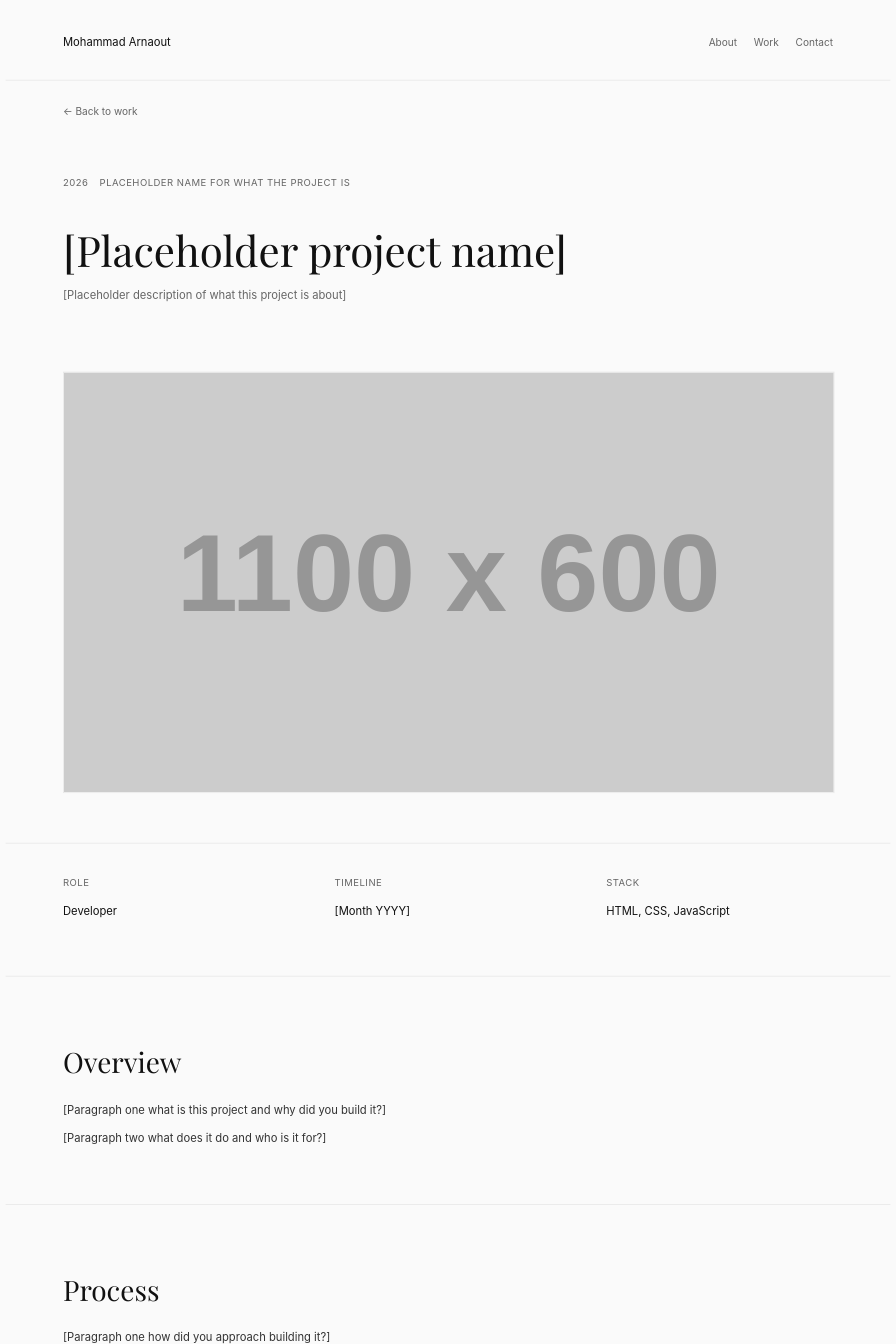
Repository: Moh-Arna/Moh-Arna
Page: project-detail-p1.html
An editor plug-in stored every save of this project. The page is shown before and after the next save, followed by the edit.
The browser window is 1280 px wide. The pictures show the part of the page from y = 0 to 1920 px (the page is 4120 px tall before and 4154 px after), at 70% of full size.
Some web fonts or font styles are not loaded; a fallback is used.

Above is the page before, as saved 2026-05-15 21:01:03.

After the next save:
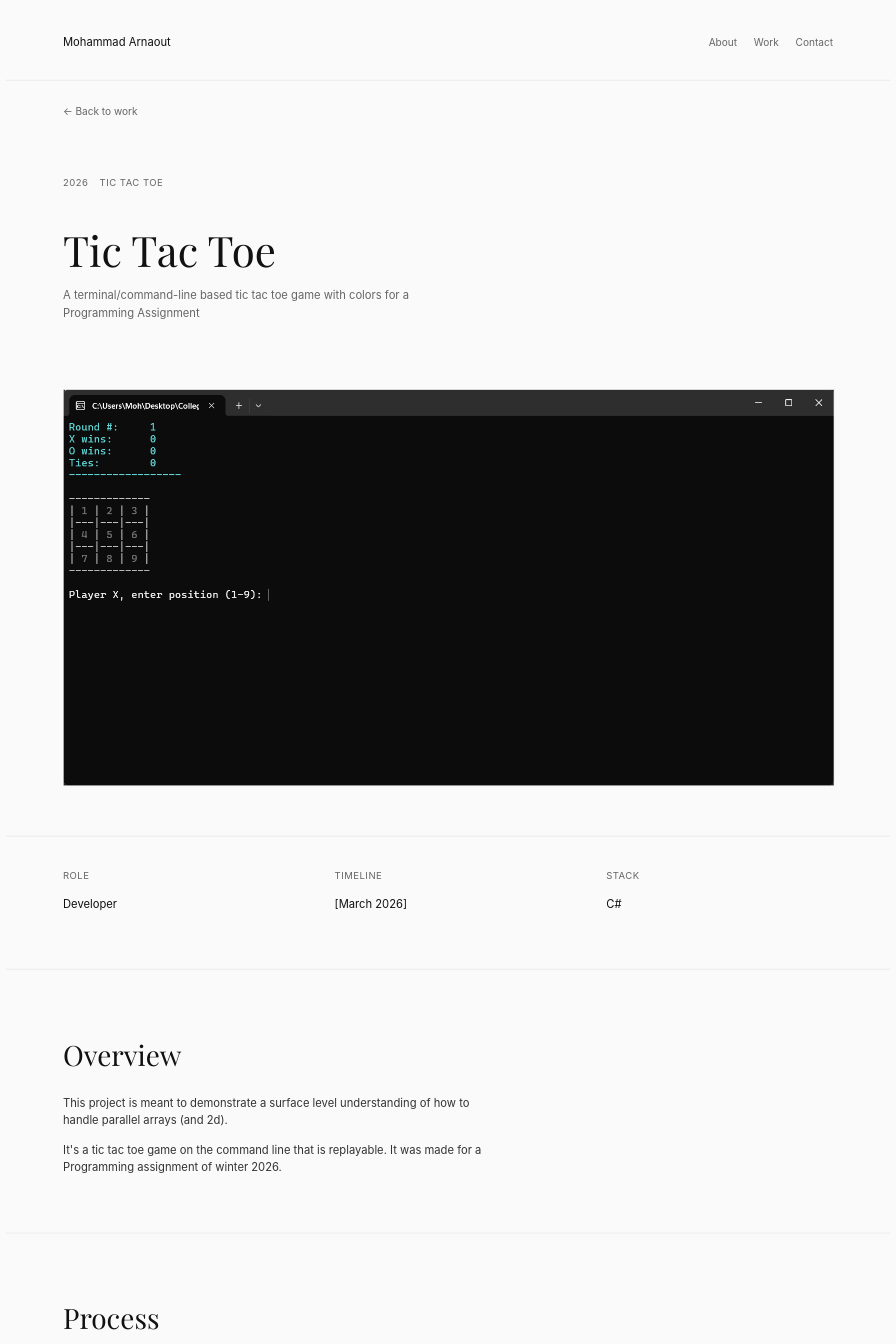
Saved 73 min 40 s later.
--- a/project-detail-p1.html
+++ b/project-detail-p1.html
@@ -4,7 +4,7 @@
 <head>
   <meta charset="UTF-8">
   <meta name="viewport" content="width=device-width, initial-scale=1.0">
-  <title>[Placeholder Project] — Mohammad Arnaout</title>
+  <title>Tic Tac Toe — Mohammad Arnaout</title>
 
   <link rel="stylesheet" href="/styles/globals.css">
   <link rel="stylesheet" href="/styles/project-details.css">
@@ -54,17 +54,17 @@
       <div class="container">
         <div class="project-meta">
           <span>2026</span>
-          <span>Placeholder name for what the project is</span>
+          <span>Tic Tac Toe</span>
         </div>
-        <h1>[Placeholder project name]</h1>
-        <p class="tagline">[Placeholder description of what this project is about]</p>
+        <h1>Tic Tac  Toe</h1>
+        <p class="tagline">A terminal/command-line based tic tac toe game with colors for a Programming Assignment</p>
       </div>
     </section>
 
     <!-- Cover image -->
     <section class="cover">
       <div class="container">
-        <img src="https://placehold.co/1100x600" alt="[Placeholder project name] preview">
+        <img src="./assets/images/p1-img1.png" alt="Tic Tac Toe preview">
       </div>
     </section>
 
@@ -77,11 +77,11 @@
         </div>
         <div>
           <p class="info-label">Timeline</p>
-          <p>[Month YYYY]</p>
+          <p>[March 2026]</p>
         </div>
         <div>
           <p class="info-label">Stack</p>
-          <p>HTML, CSS, JavaScript</p>
+          <p>C#</p>
         </div>
       </div>
     </section>
@@ -91,10 +91,10 @@
       <div class="container">
         <h2 class="section-title">Overview</h2>
         <p>
-          [Paragraph one what is this project and why did you build it?]
+          This project is meant to demonstrate a surface level understanding of how to handle parallel arrays (and 2d).
         </p>
         <p>
-          [Paragraph two what does it do and who is it for?]
+          It's a tic tac toe game on the command line that is replayable. It was made for a Programming assignment of winter 2026.
         </p>
       </div>
     </section>
@@ -104,10 +104,10 @@
       <div class="container">
         <h2 class="section-title">Process</h2>
         <p>
-          [Paragraph one how did you approach building it?]
+          I had to plan it out, with a flowchart and pseudocode.
         </p>
         <p>
-          [Paragraph two what challenges did you run into, and what did you learn?]
+          I ran into issues with how to color within the GUI as we did not learn that, so I had to do a little bit of research.
         </p>
       </div>
     </section>
@@ -117,7 +117,7 @@
       <div class="container">
         <h2 class="section-title">Gallery</h2>
         <figure>
-          <img src="https://placehold.co/1100x600" alt="[Description of screenshot]">
+          <img src="./assets/images/p1-img2.png" alt="[Description of screenshot]">
           <figcaption>Placeholder caption</figcaption>
         </figure>
         <figure>
